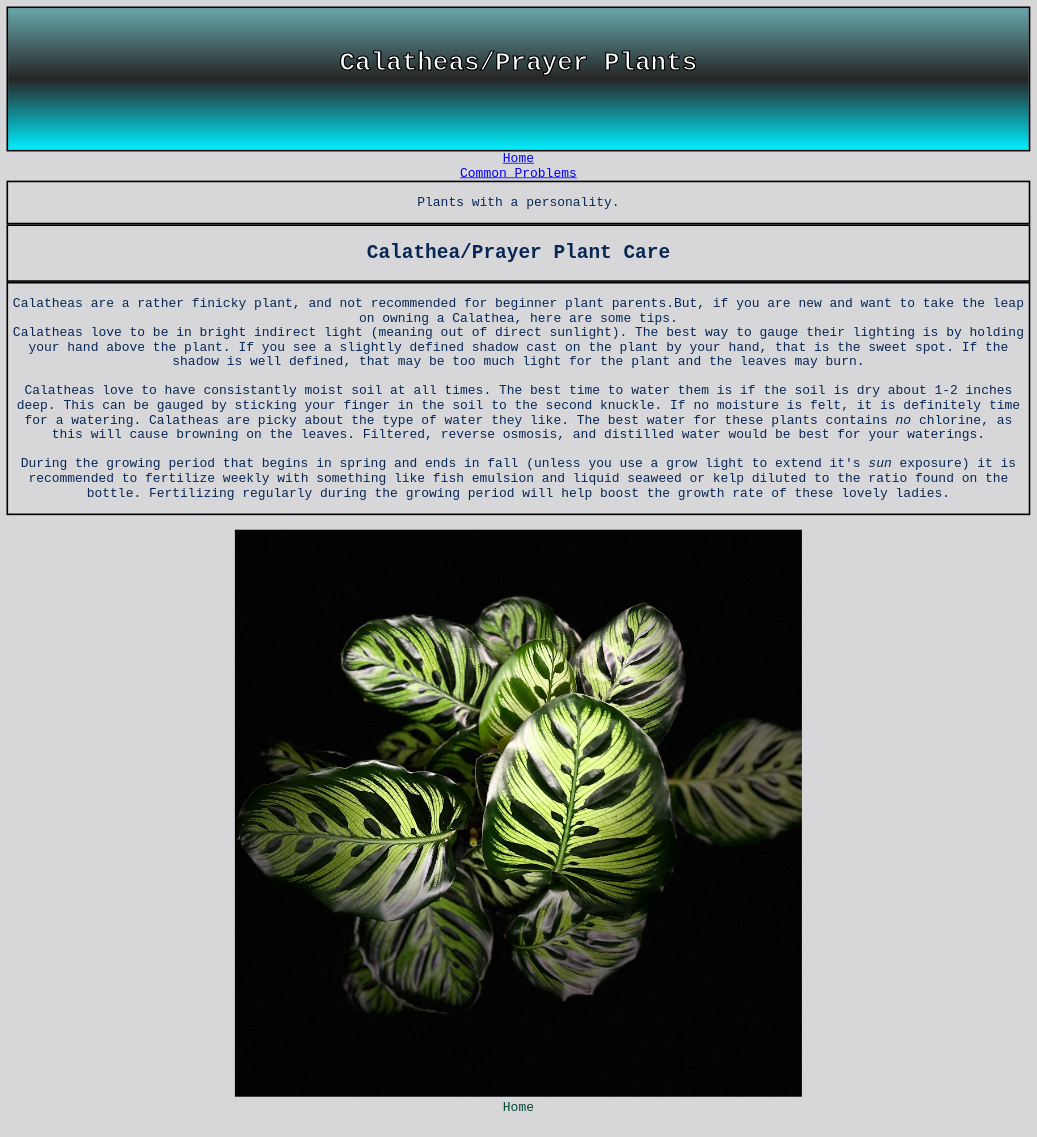
Repository: swillis91/odin-recipies
Page: Planty Page/calatheas.html
An editor plug-in stored every save of this project. The page is shown before and after the next save, followed by the edit.
The browser window is 1280 px wide. The pictures show the whole page, at 81% of full size.

Above is the page before, as saved 2023-08-14 23:36:46.

After the next save:
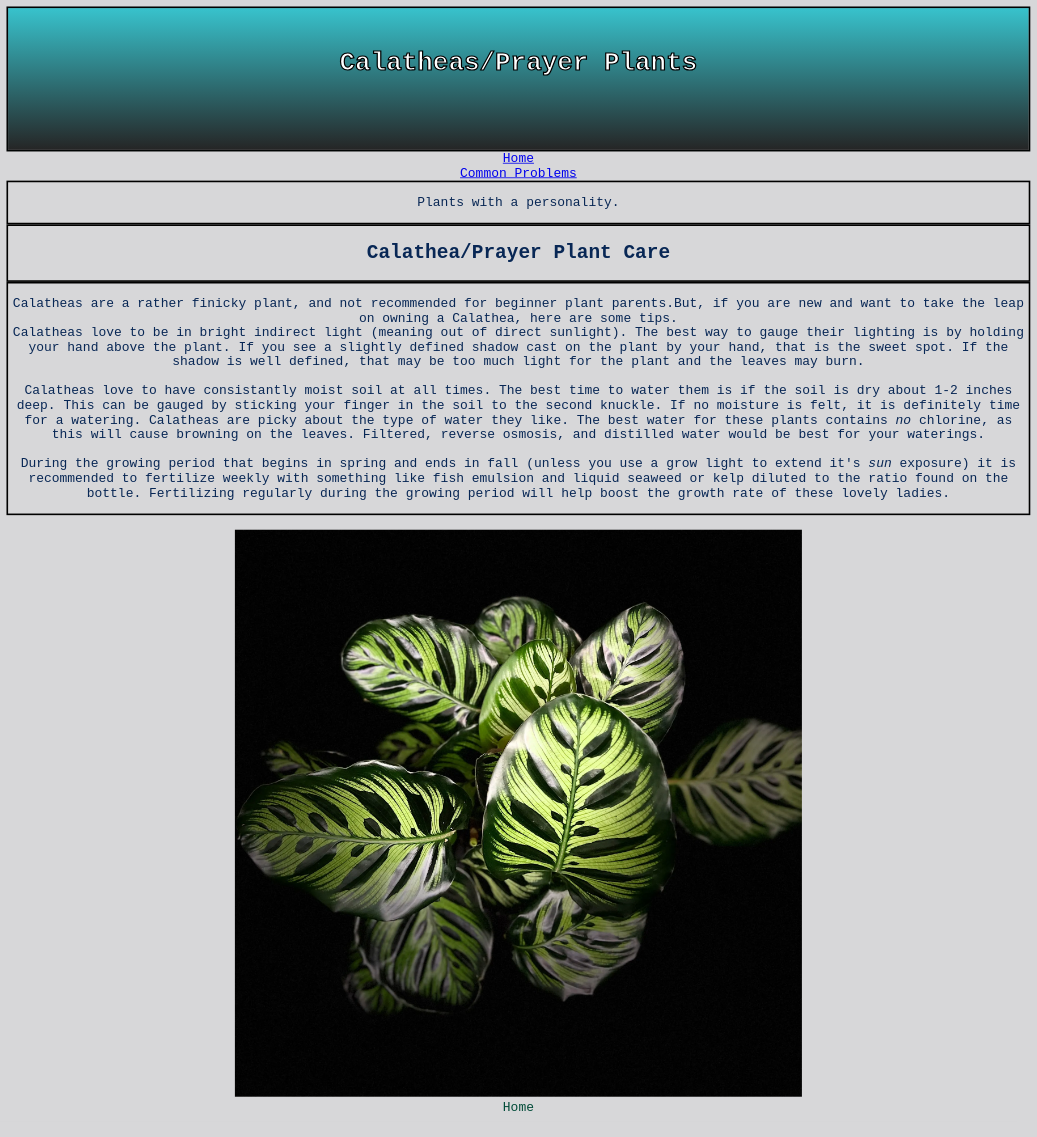
Saved 28 s later.
--- a/Planty Page/style.css
+++ b/Planty Page/style.css
@@ -13,7 +13,7 @@ body{
     -webkit-text-stroke-color: rgb(0, 0, 0);
     text-transform: capitalize;
     border: 2px solid rgb(0, 3, 3);
-    background-image: linear-gradient(rgba(9, 126, 135, 0.542), rgba(0, 0, 0, 0.827), rgb(0, 238, 255));
+    background-image: linear-gradient(rgba(15, 189, 201, 0.795), rgba(0, 0, 0, 0.827));
     height: 75px;
     margin: 0 auto;
     padding:50px 20px;
